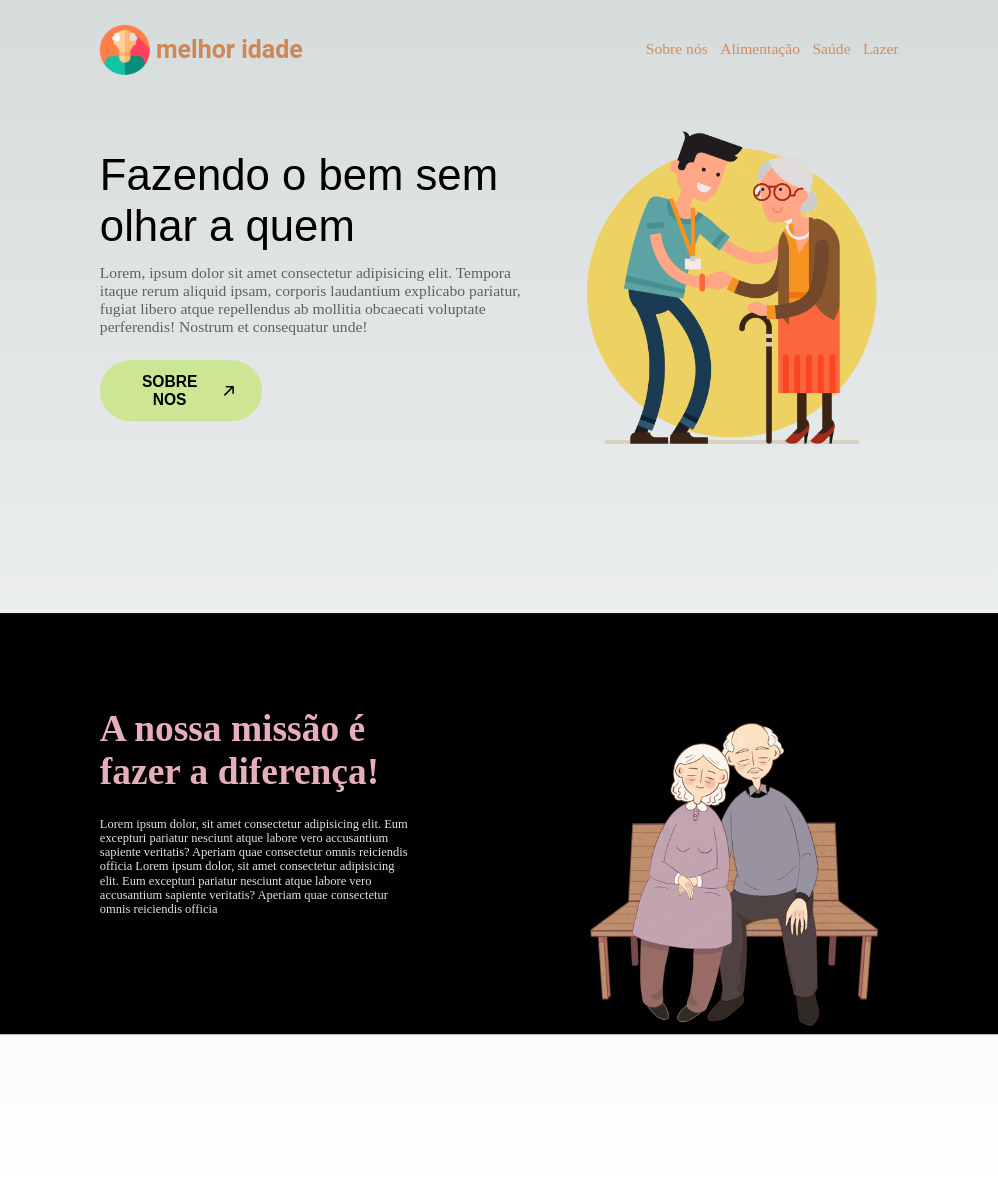
Repository: Giopol12/melhor-idade-online
Page: /index.page
The author's editor kept a copy of each file at every save. The page is drawn from the files as they stood at one save, then again after the next save.
The browser window is 1280 px wide. The pictures show the whole page, at 78% of full size.
The project was rebuilt for these pictures with package versions that can differ from the ones it lists, and the page was loaded fresh each time. The framework's server and built-in components were replaced by stand-ins that run in the browser. Also part of the build but not shown: next.config.js.

Above is the page before, as saved 2023-11-21 11:01:45.

### src/pages/home/index.tsx
import { Header } from '@/components/Header'
import { Container } from './styles'
import { HomeMain } from './HomeMain'

import { OurMission } from '@/components/OurMission'
import { AboutUs } from '@/components/AboutUs'
export default function Home() {
  return (
    <Container>
      <Header />
      <HomeMain />
      <OurMission />
      <AboutUs />
    </Container>
  )
}

### src/components/Header/index.tsx
import Image from 'next/image'
import { HeaderContainer, LogoContainer, NavContainer } from './styles'

import logo2 from '../../../assets/logo2.png'
import Link from 'next/link'

export function Header() {
  return (
    <HeaderContainer>
      <LogoContainer href="/">
        <Image src={logo2} width={64} alt="logo" quality={100} />
        <strong>melhor idade</strong>
      </LogoContainer>

      <NavContainer>
        <Link href={'/nutrition'}>Sobre nós</Link>
        <Link href="/">Alimentação</Link>
        <Link href="/">Saúde</Link>
        <Link href="/">Lazer</Link>
      </NavContainer>
    </HeaderContainer>
  )
}

### src/pages/home/styles.ts
import { styled } from '@/styles'

export const Container = styled('div', {
  maxWidth: '1440px',
  margin: '0 auto',
})

### src/pages/home/HomeMain/index.tsx
import Image from 'next/image'
import { ContentContainer, HomeMainContainer } from './styles'

import mainImg from '../../../../assets/main-image.png'
import { ArrowUpRight } from '@phosphor-icons/react'

export function HomeMain() {
  return (
    <HomeMainContainer>
      <ContentContainer>
        <h1>Fazendo o bem sem olhar a quem</h1>
        <p>
          Lorem, ipsum dolor sit amet consectetur adipisicing elit. Tempora
          itaque rerum aliquid ipsam, corporis laudantium explicabo pariatur,
          fugiat libero atque repellendus ab mollitia obcaecati voluptate
          perferendis! Nostrum et consequatur unde!
        </p>
        <button>
          <span>SOBRE NOS</span>
          <ArrowUpRight size={22} weight="bold" />
        </button>
      </ContentContainer>
      <Image src={mainImg} width={450} alt="" />
    </HomeMainContainer>
  )
}

### src/components/OurMission/index.tsx
import {
  OurMissionContainer,
  OurMissionContentContainer,
  OurMissionTitleAndDescriptionContainer,
} from './styles'
import Image from 'next/image'
import img from '@/../assets/our-mission-img.png'

export function OurMission() {
  return (
    <OurMissionContainer>
      <OurMissionContentContainer>
        <OurMissionTitleAndDescriptionContainer>
          <h1>A nossa missão é fazer a diferença!</h1>
          <p>
            Lorem ipsum dolor, sit amet consectetur adipisicing elit. Eum
            excepturi pariatur nesciunt atque labore vero accusantium sapiente
            veritatis? Aperiam quae consectetur omnis reiciendis officia Lorem
            ipsum dolor, sit amet consectetur adipisicing elit. Eum excepturi
            pariatur nesciunt atque labore vero accusantium sapiente veritatis?
            Aperiam quae consectetur omnis reiciendis officia
          </p>
        </OurMissionTitleAndDescriptionContainer>
        <Image src={img} height={420} quality={100} alt="" />
      </OurMissionContentContainer>
    </OurMissionContainer>
  )
}

### src/components/AboutUs/index.tsx
import { AboutUsContainer } from './styles'

export function AboutUs() {
  return <AboutUsContainer></AboutUsContainer>
}

### src/components/Header/styles.ts
import { styled } from '@/styles'
import Link from 'next/link'

export const HeaderContainer = styled('header', {
  maxWidth: 1024,
  margin: '2rem auto',
  display: 'flex',
  justifyContent: 'space-between',
  alignItems: 'center',
})
export const LogoContainer = styled(Link, {
  fontFamily: 'Roboto, sans-serif',
  display: 'flex',
  alignItems: 'center',
  gap: '0.5rem',
  fontWeight: 900,
  fontSize: '2rem',
  textDecoration: 'none',
  color: '$beije500',
})
export const NavContainer = styled('div', {
  display: 'flex',
  gap: '1rem',
  a: {
    textDecoration: 'none',
    color: '$beije400',
    fontSize: '$lg',
    borderBottom: '3px solid transparent',
    '&:hover': {
      borderBottom: '3px solid $beije500',
    },
  },
})

### src/styles/index.ts
import { createStitches } from '@stitches/react'
export const {
  config,
  createTheme,
  css,
  getCssText,
  globalCss,
  keyframes,
  prefix,
  reset,
  styled,
  theme,
} = createStitches({
  theme: {
    colors: {
      white: '#FFF',

      beije100: '#FFFBF4',
      beije400: '#D18D5E',
      beije500: '#CE8755',
      gray500: '#61605F',
      gray700: '#21201F',
      gray900: '#010101',
      green100: '#CDE693',
    },

    fontSizes: {
      md: '1.125rem',
      lg: '1.25rem',
      xl: '1.5rem',
      '2xl': '2rem',
    },
  },
})

### src/pages/home/HomeMain/styles.ts
import { styled } from '@/styles'

export const HomeMainContainer = styled('main', {
  maxWidth: 1024,
  margin: '3rem auto',
  display: 'flex',
  justifyContent: 'space-between',
})
export const ContentContainer = styled('div', {
  marginTop: '3rem',
  display: 'flex',
  flexDirection: 'column',

  flex: 1,
  gap: '1rem',
  paddingRight: '1.5rem',
  h1: {
    fontSize: '3.5rem',
    color: '$gray900',
    fontFamily: 'Lobster, sans-serif;',
    fontWeight: '400',
  },
  p: {
    fontSize: '$lg',
    color: '$gray500',
  },
  button: {
    marginTop: '1rem',
    display: 'flex',
    justifyContent: 'center',
    gap: '0.5rem',
    alignItems: 'center',
    boxSizing: 'initial',
    fontWeight: 'bold',
    width: '9rem',
    fontSize: '$lg',
    background: '$green100',
    border: 0,
    borderRadius: '9999px',
    padding: '1rem 2rem',
    '&:hover': {
      filter: 'brightness(0.8)',
      cursor: 'pointer',
    },
  },
})

### src/components/OurMission/styles.ts
import { styled } from '@/styles'

export const OurMissionContainer = styled('div', {
  margin: '12rem auto',
  background: '$gray900',
})
export const OurMissionContentContainer = styled('div', {
  maxWidth: 1024,
  paddingTop: '7.5rem',
  margin: '0 auto',

  display: 'flex',
  justifyContent: 'space-between',
})
export const OurMissionTitleAndDescriptionContainer = styled('div', {
  display: 'flex',
  flexDirection: 'column',
  gap: '2rem',
  maxWidth: '25rem',
  h1: {
    color: '#E5AEBA',
    fontSize: '3rem',
  },
  p: {
    color: '#E1E1DF',
  },
})

### src/components/AboutUs/styles.ts
import { styled } from '@/styles'

export const AboutUsContainer = styled('div', {})

Loaded but not shown: src/pages/_app.tsx (common file); src/pages/_document.tsx (common file); src/pages/index.page.tsx (common file); src/styles/globals.css (common file)

After the next save:
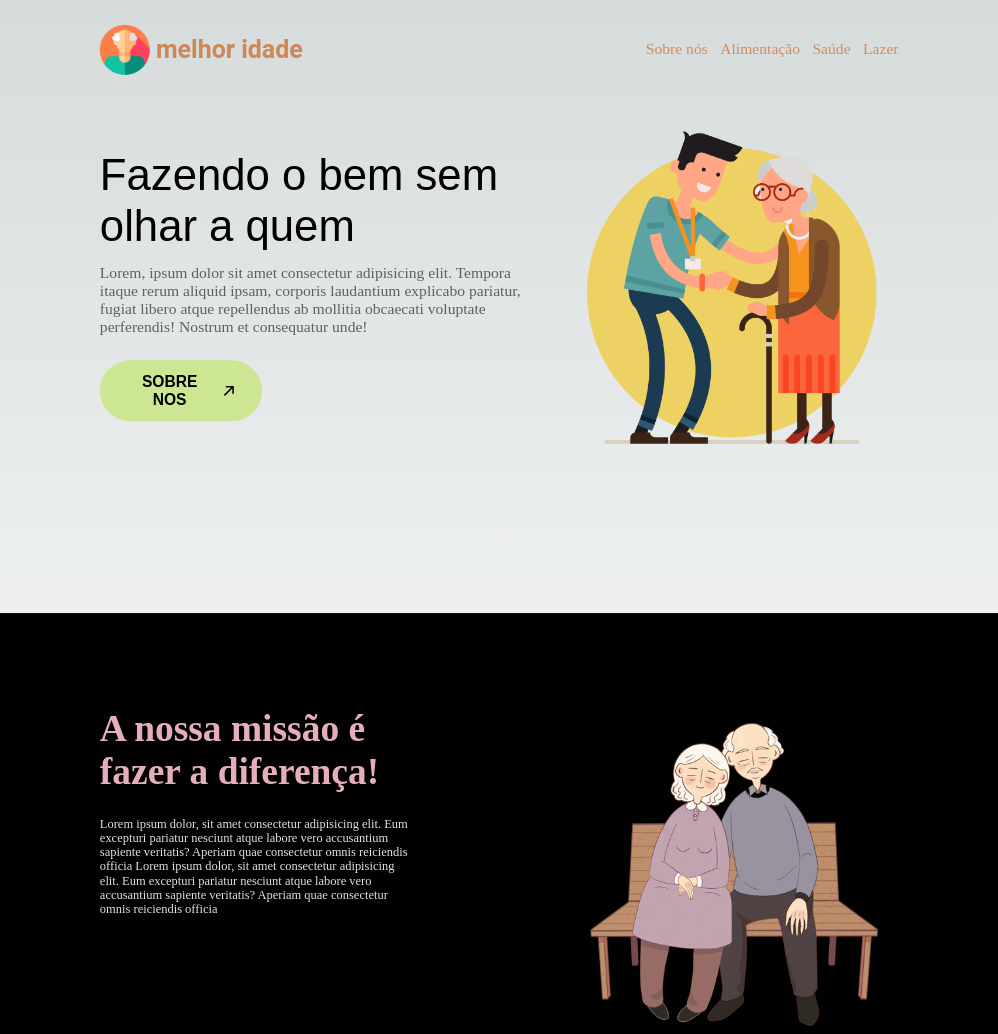
Saved 46 s later.
--- a/src/components/OurMission/styles.ts
+++ b/src/components/OurMission/styles.ts
@@ -1,7 +1,7 @@
 import { styled } from '@/styles'
 
 export const OurMissionContainer = styled('div', {
-  margin: '12rem auto',
+  margin: '12rem auto 0',
   background: '$gray900',
 })
 export const OurMissionContentContainer = styled('div', {
